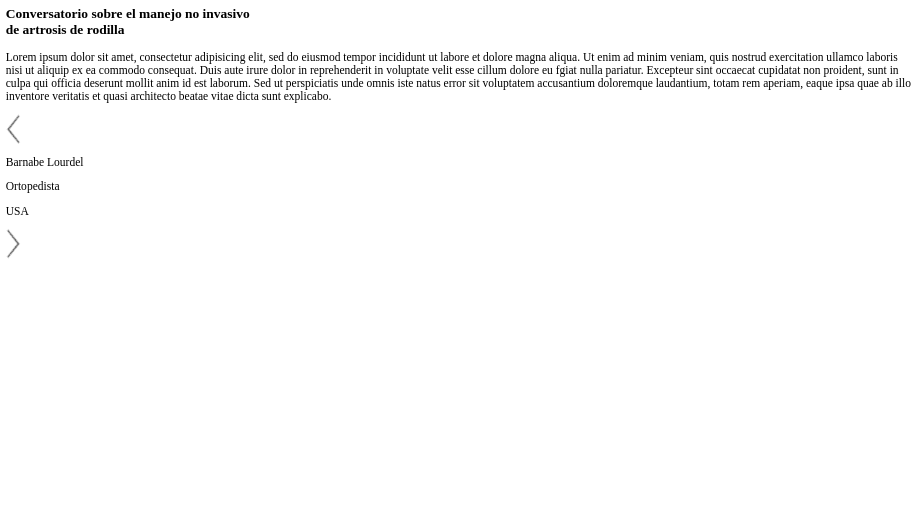
Repository: pacoigloo/Anexia
Page: home.html
The author's editor kept a record of every edit. The page is drawn from the files as they stood at one moment, then again after the next edit.
The browser window is 1280 px wide. The pictures show the whole page, at 72% of full size.

Above is the page before.

After the next edit:
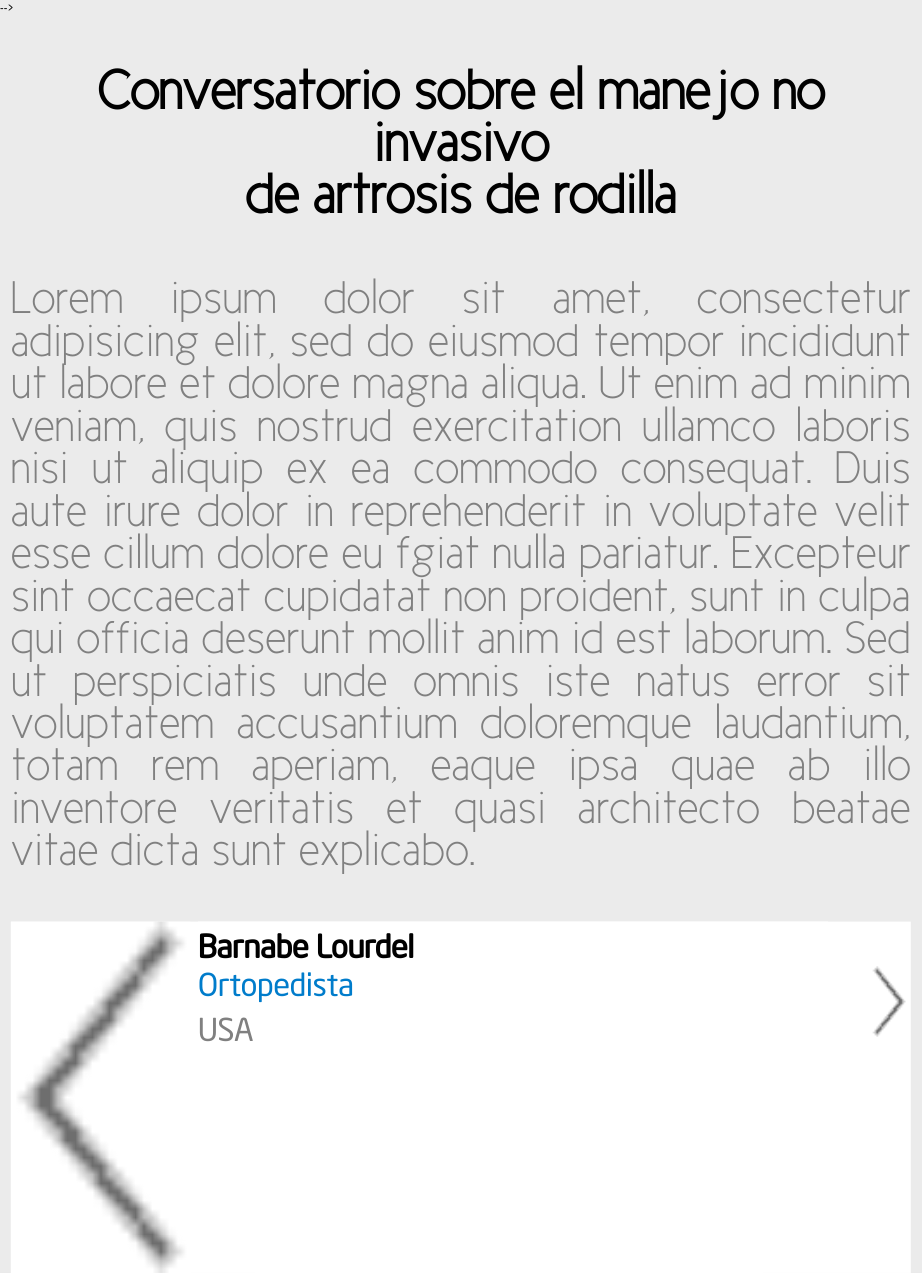
The edit:
--- a/home.html
+++ b/home.html
@@ -1,4 +1,4 @@
-<!--<!doctype html>
+<!doctype html>
 <html>
 <head>
     <meta charset="UTF-8">
